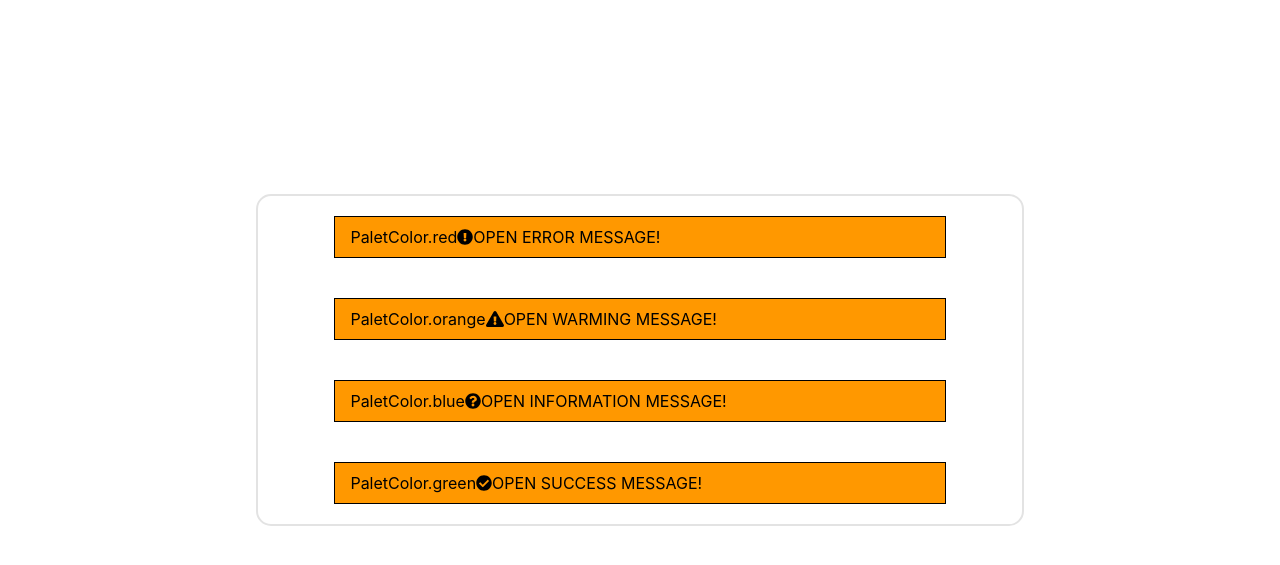
Repository: KrzysKolo/sr_tydzien5_zad2
Page: /
The author's editor kept a copy of each file at every save. The page is drawn from the files as they stood at one save, then again after the next save.
The browser window is 1280 px wide. The pictures show the whole page.
The project was rebuilt for these pictures with package versions that can differ from the ones it lists, and the page was loaded fresh each time.

Above is the page before, as saved 2020-12-21 17:48:59.

After the next save:
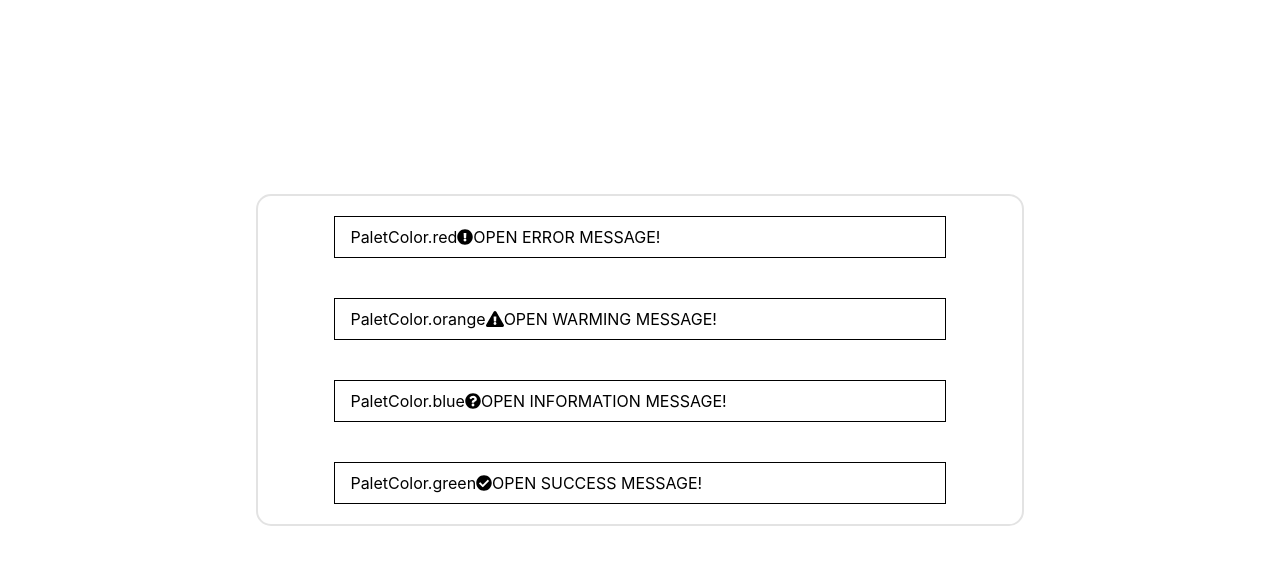
Saved 51 s later.
--- a/src/components/Button.js
+++ b/src/components/Button.js
@@ -9,7 +9,7 @@ const Button = ({ data} ) => {
     return (
         <div className="btn"
         onClick={data.event}
-        style={{backgroundColor: PaletColor.orange }}>{data.color}
+        style={{backgroundColor: `{data.color}` }}>{data.color}
             <Icons icon={data.icon}/>
              {data.name}
         </div>
